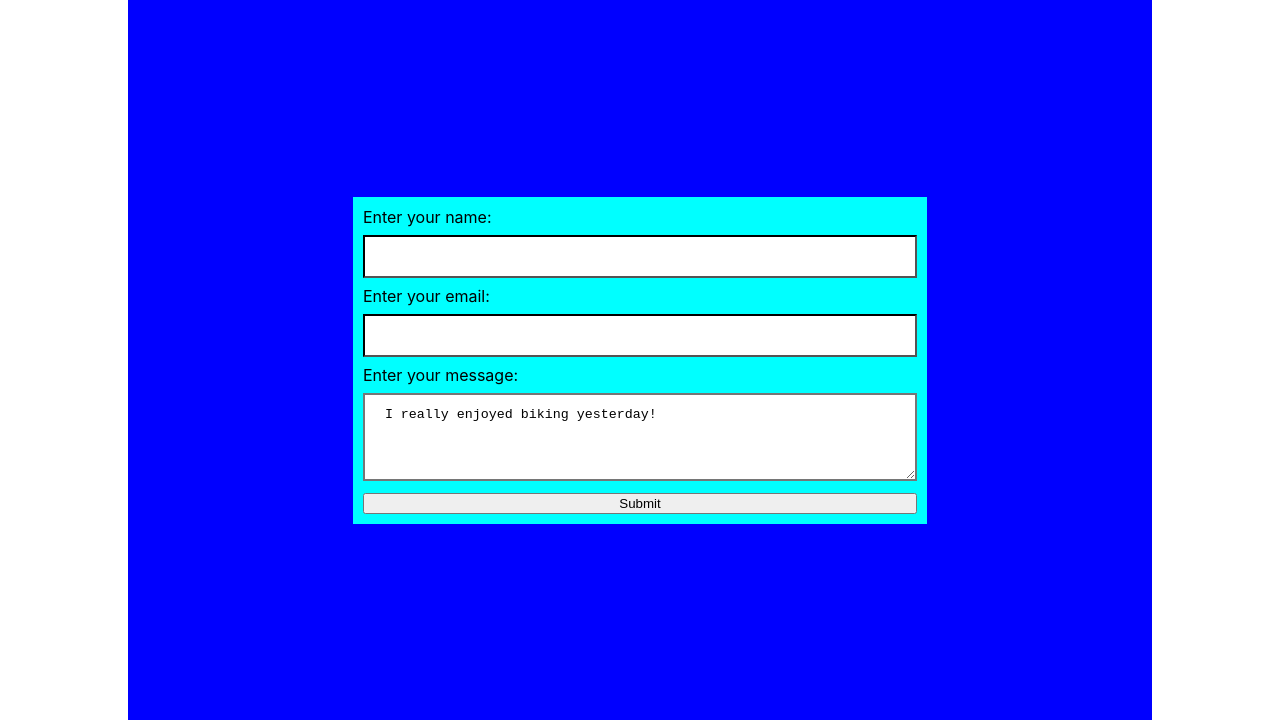
Repository: AddamVictorioDev/ProfileWebsite
Page: /form (app in con/)
An editor plug-in stored every save of this project. The page is shown before and after the next save, followed by the edit.
The browser window is 1280 px wide. The pictures show the whole page.
The project was rebuilt for these pictures with package versions that can differ from the ones it lists, and the page was loaded fresh each time. Also part of the build but not shown: con/src/App.css, con/src/home.css, con/src/home.js, con/src/addam.css, con/src/addam.js, con/src/usescripts.js, con/src/projects.js.

Above is the page before, as saved 2023-03-16 19:10:44.

After the next save:
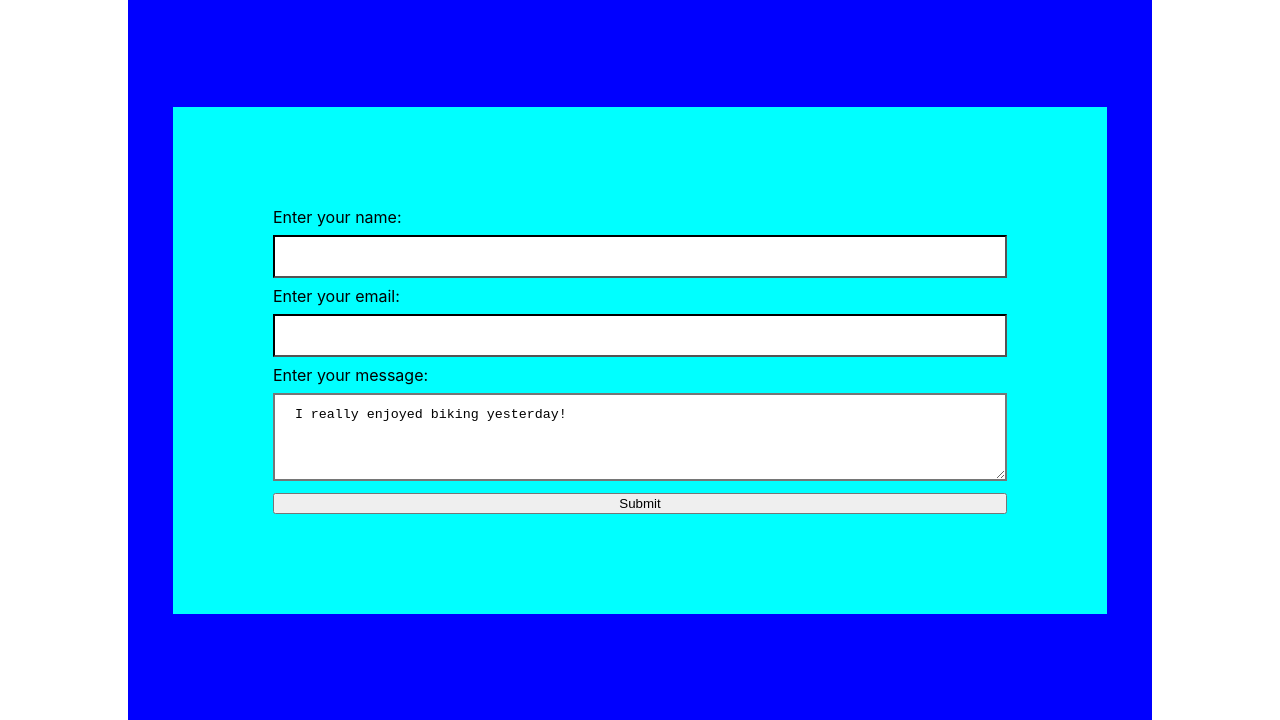
Saved 19 s later.
--- a/con/src/form.css
+++ b/con/src/form.css
@@ -33,7 +33,7 @@
     background-color: aqua;
     width: 100%;
 
-    padding: 10px;
+    padding: 100px;
     justify-content: space-evenly;
 
 }

After the save that followed:
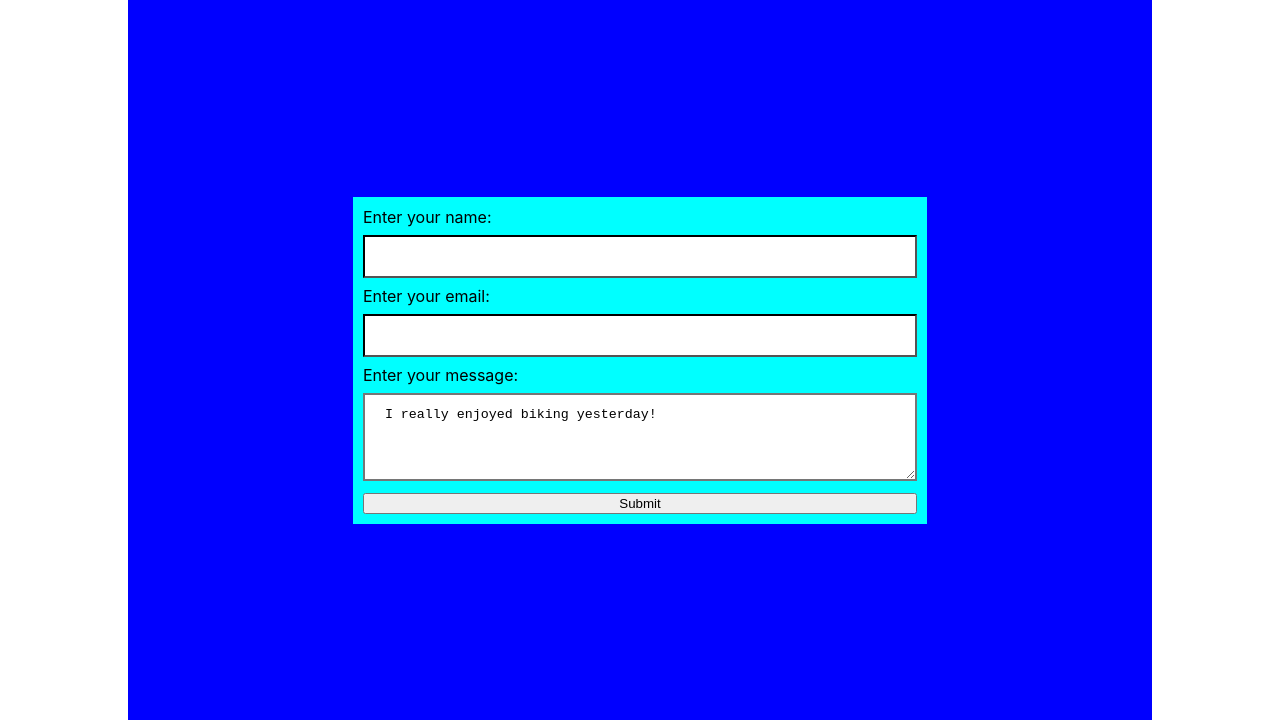
Saved 16 s later.
--- a/con/src/form.css
+++ b/con/src/form.css
@@ -33,7 +33,7 @@
     background-color: aqua;
     width: 100%;
 
-    padding: 100px;
+    padding: 10px;
     justify-content: space-evenly;
 
 }
